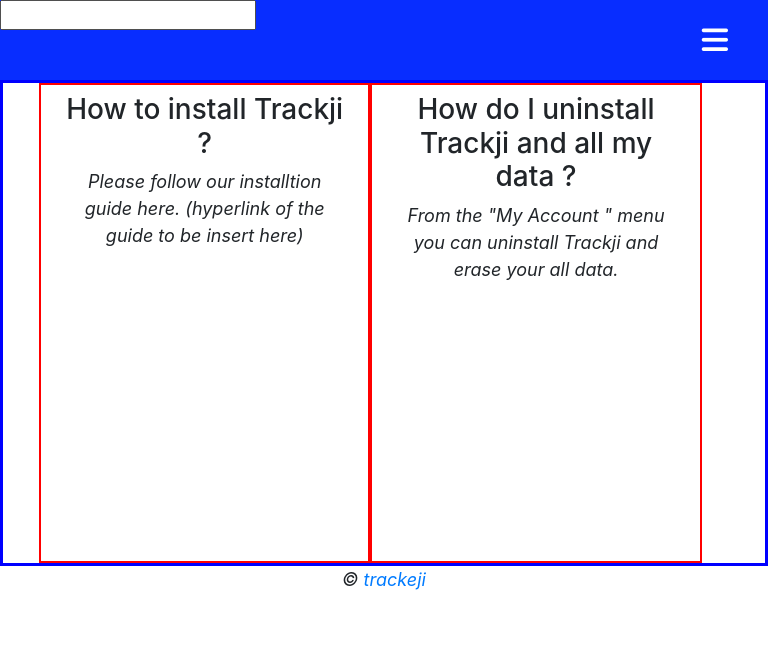
Repository: prathmeshgodbole/Web_Development
Page: Mobile_tracker/Installation.html
An editor plug-in stored every save of this project. The page is shown before and after the next save, followed by the edit.
The browser window is 768 px wide. The pictures show the whole page.
Some web libraries are served in a nearby version.

Above is the page before, as saved 2020-03-08 11:56:49.

### Mobile_tracker/Installation.html
<!DOCTYPE html>
<html lang="en">

<head>
    <meta charset="utf-8">
    <meta name="viewport" content="width=device-width, initial-scale=1, shrink-to-fit=no">
    <meta http-equiv="X-UA-compatible" ,content="ie=edge">
    <link rel="stylesheet" href="./css/installation.css">
    <script src="https://kit.fontawesome.com/a076d05399.js"></script>
    <link rel="stylesheet" href="https://stackpath.bootstrapcdn.com/bootstrap/4.3.1/css/bootstrap.min.css " integrity="sha384-ggOyR0iXCbMQv3Xipma34MD+dH/1fQ784/j6cY/iJTQUOhcWr7x9JvoRxT2MZw1T " crossorigin="anonymous ">
</head>



<body>
    <nav>
        <input type="checkbox " id="check ">
        <label for="check " class="checkbtn ">
        <i class="fas fa-bars "></i>
    </label>

        <ul>

            <li><a class="active " href="# ">English</a></li>
            <li><a href="# ">Make_Request</a></li>
            <li><a href="# ">Log_in</a></li>

        </ul>

    </nav>


    <div class="section-3 ">
        <div class="container ">
            <div class="row ">

                <div class="col-md-6 ">

                    <h3 class="m-2 ">How to install Trackji ?</h3>
                    <p class="m-2 ">Please follow our installtion guide here. (hyperlink of the guide to be insert here)</p>

                </div>


                <div class="col-md-6 ">

                    <h3 class="m-2 "> How do I uninstall Trackji and all my data ?</h3>
                    <p class="m-2 ">From the "My Account " menu you can uninstall Trackji and erase your all data.</p>

                </div>

            </div>
        </div>
    </div>




    <footer class="footer container ">
        <div class="container-inner ">
            <p class="copyright ">&copy; <a href=" ">trackeji</a></p>
        </div>
    </footer>


</body>

</html>

### Mobile_tracker/css/installation.css
body {
    margin: 0%;
    padding: 0%;
}

.section-3 {
    border-style: solid;
    border-color: blue;
}

h3 {
    text-align: center;
    font-weight: bold;
    font-size: 20px;
}

.col-md-6 {
    border: 2px solid red;
    padding-left: 5px;
    height: 60vh;
    align-items: center;
}

p {
    text-align: center;
    font-style: oblique;
    font-size: large;
}

nav {
    background: #082dff;
    height: 80px;
    width: 100%;
}

nav ul {
    float: right;
    margin-right: 20px;
}

nav ul li {
    display: inline-block;
    line-height: 80px;
    margin: 0 5px;
}

nav ul a {
    color: white;
    font-size: 17px;
    padding: 7px 13px;
    border-radius: 13px;
    text-transform: uppercase;
}

a.active,
a:hover {
    background: #1b9bff;
    transition: .5s;
}

.checkbtn {
    font-size: 30px;
    color: white;
    float: right;
    line-height: 80px;
    margin-right: 40px;
    cursor: pointer;
    display: none;
}

#check {
    display: none;
}

@media (max-width: 950px) {
    nav ul li a {
        font-size: 16px;
    }
}

@media (max-width: 850px) {
    .checkbtn {
        display: block;
    }
    ul {
        position: fixed;
        width: 100%;
        height: 100%;
        background: #2c3e50;
        top: 80px;
        left: -100%;
        text-align: center;
        transition: all .5s;
    }
    nav ul li {
        display: block;
        margin: 50px 0;
        line-height: 30px;
    }
    nav ul li a {
        font-size: 14px;
    }
    a:hover,
    a.active {
        background: none;
        color: #0082e6;
    }
    #check:checked~ul {
        left: 0;
    }
}

After the next save:
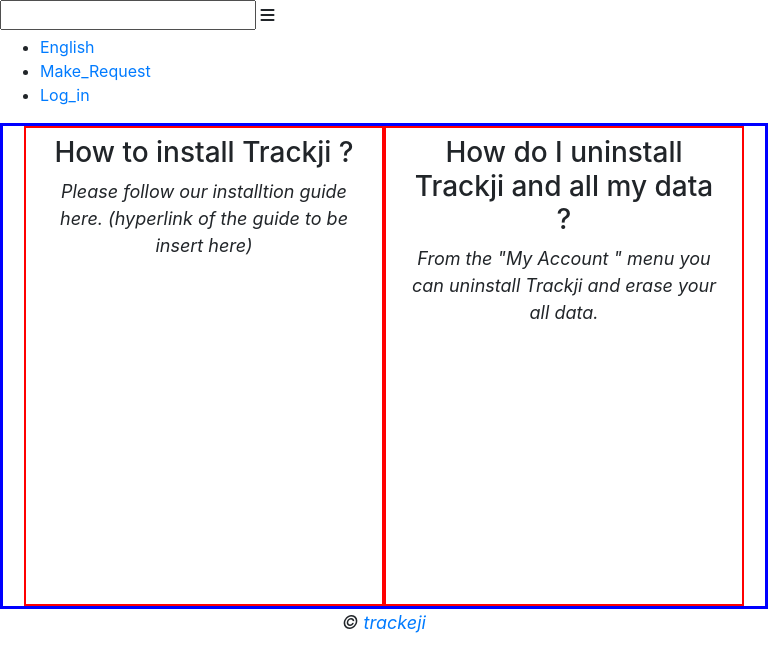
Saved 22 s later.
--- a/Mobile_tracker/css/installation.css
+++ b/Mobile_tracker/css/installation.css
@@ -26,86 +26,3 @@ p {
     font-style: oblique;
     font-size: large;
 }
-
-nav {
-    background: #082dff;
-    height: 80px;
-    width: 100%;
-}
-
-nav ul {
-    float: right;
-    margin-right: 20px;
-}
-
-nav ul li {
-    display: inline-block;
-    line-height: 80px;
-    margin: 0 5px;
-}
-
-nav ul a {
-    color: white;
-    font-size: 17px;
-    padding: 7px 13px;
-    border-radius: 13px;
-    text-transform: uppercase;
-}
-
-a.active,
-a:hover {
-    background: #1b9bff;
-    transition: .5s;
-}
-
-.checkbtn {
-    font-size: 30px;
-    color: white;
-    float: right;
-    line-height: 80px;
-    margin-right: 40px;
-    cursor: pointer;
-    display: none;
-}
-
-#check {
-    display: none;
-}
-
-@media (max-width: 950px) {
-    nav ul li a {
-        font-size: 16px;
-    }
-}
-
-@media (max-width: 850px) {
-    .checkbtn {
-        display: block;
-    }
-    ul {
-        position: fixed;
-        width: 100%;
-        height: 100%;
-        background: #2c3e50;
-        top: 80px;
-        left: -100%;
-        text-align: center;
-        transition: all .5s;
-    }
-    nav ul li {
-        display: block;
-        margin: 50px 0;
-        line-height: 30px;
-    }
-    nav ul li a {
-        font-size: 14px;
-    }
-    a:hover,
-    a.active {
-        background: none;
-        color: #0082e6;
-    }
-    #check:checked~ul {
-        left: 0;
-    }
-}

After the save that followed:
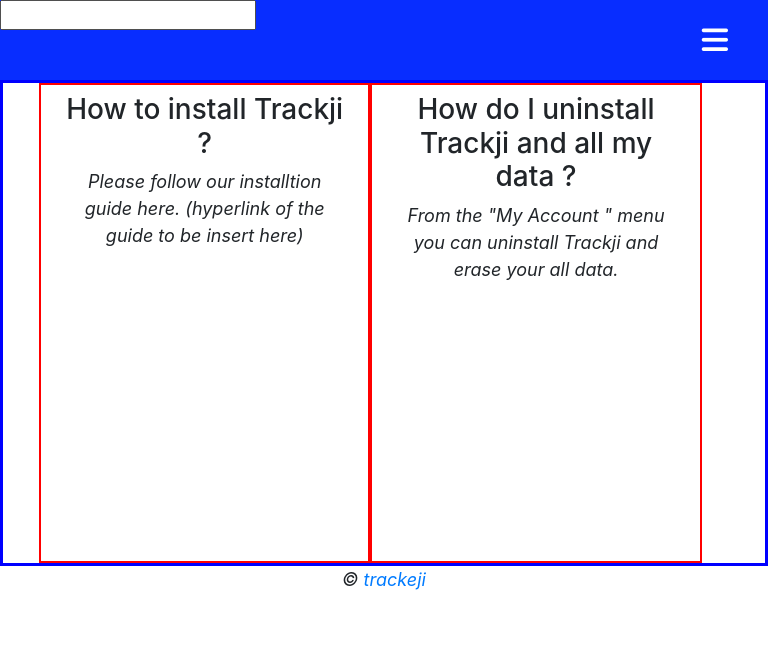
Saved 2 min 48 s later.
--- a/Mobile_tracker/css/installation.css
+++ b/Mobile_tracker/css/installation.css
@@ -26,3 +26,86 @@ p {
     font-style: oblique;
     font-size: large;
 }
+
+nav {
+    background: #082dff;
+    height: 80px;
+    width: 100%;
+}
+
+nav ul {
+    float: right;
+    margin-right: 20px;
+}
+
+nav ul li {
+    display: inline-block;
+    line-height: 80px;
+    margin: 0 5px;
+}
+
+nav ul a {
+    color: white;
+    font-size: 17px;
+    padding: 7px 13px;
+    border-radius: 13px;
+    text-transform: uppercase;
+}
+
+a.active,
+a:hover {
+    background: #1b9bff;
+    transition: .5s;
+}
+
+.checkbtn {
+    font-size: 30px;
+    color: white;
+    float: right;
+    line-height: 80px;
+    margin-right: 40px;
+    cursor: pointer;
+    display: none;
+}
+
+#check {
+    display: none;
+}
+
+@media (max-width: 950px) {
+    nav ul li a {
+        font-size: 16px;
+    }
+}
+
+@media (max-width: 850px) {
+    .checkbtn {
+        display: block;
+    }
+    ul {
+        position: fixed;
+        width: 100%;
+        height: 100%;
+        background: #2c3e50;
+        top: 80px;
+        left: -100%;
+        text-align: center;
+        transition: all .5s;
+    }
+    nav ul li {
+        display: block;
+        margin: 50px 0;
+        line-height: 30px;
+    }
+    nav ul li a {
+        font-size: 14px;
+    }
+    a:hover,
+    a.active {
+        background: none;
+        color: #0082e6;
+    }
+    #check:checked~ul {
+        left: 0;
+    }
+}
